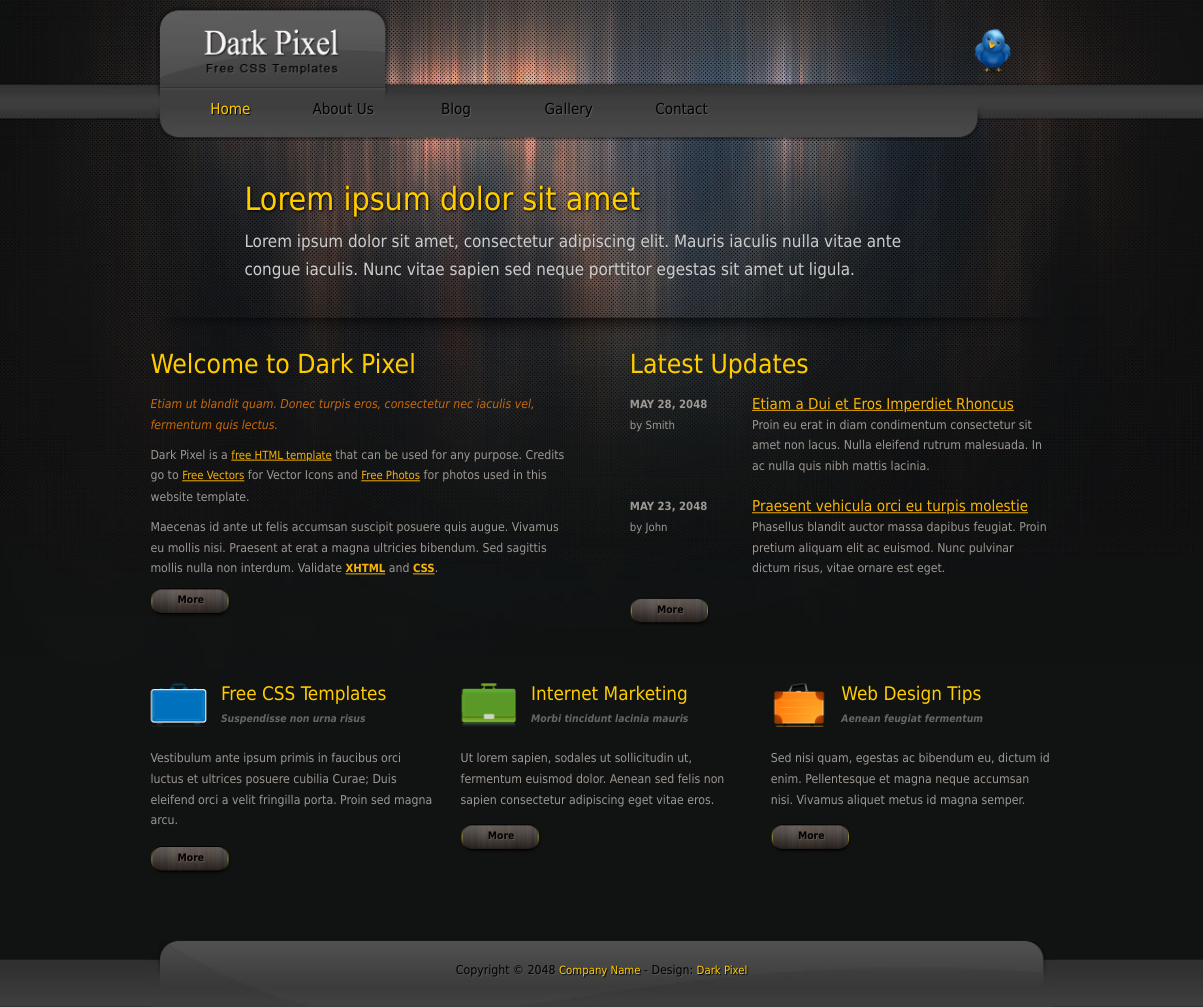
Repository: xenacode-art/Portfolio
Page: 2020_dark_pixel/index.html
An editor plug-in stored every save of this project. The page is shown before and after the next save, followed by the edit.
The browser window is 1280 px wide. The pictures show the whole page, at 94% of full size.
Pictures or frames that could not be fetched are drawn as grey boxes.

Above is the page before, as saved 2022-03-07 21:39:03.

### 2020_dark_pixel/index.html
<!DOCTYPE html PUBLIC "-//W3C//DTD XHTML 1.0 Transitional//EN" "http://www.w3.org/TR/xhtml1/DTD/xhtml1-transitional.dtd">
<html xmlns="http://www.w3.org/1999/xhtml">
<head>
<meta http-equiv="Content-Type" content="text/html; charset=utf-8" />
<!--
	Template 2020 Dark Pixel
    http://www.tooplate.com/view/2020-dark-pixel
-->
<title>Dark</title>
<meta name="keywords" content="" />
<meta name="description" content="" />
<link href="tooplate_style.css" rel="stylesheet" type="text/css" />
</head>
<body>

<div id="tooplate_wrapper">

    <div id="tooplate_header">

    	<div id="site_title"><h1><a href="#">Dark</a></h1></div>
        <div id="twitter"><a href="#"></a></div>

        <div id="tooplate_menu">
            <ul>
                <li><a href="index.html" class="current">Home</a></li>
                <li><a href="about.html">About Us</a></li>
                <li><a href="blog.html">Blog</a></li>
                <li><a href="gallery.html">Gallery</a></li>
                <li class="last"><a href="contact.html">Contact</a></li>
            </ul>
        </div> <!-- end of tooplate_menu -->

    </div> <!-- end of header -->

    <div id="tooplate_middle">
    	<div id="mid_title">
        	Lorem ipsum dolor sit amet
        </div>
        <p>Lorem ipsum dolor sit amet, consectetur adipiscing elit. Mauris iaculis nulla vitae ante congue iaculis. Nunc vitae sapien sed neque porttitor egestas sit amet ut ligula.</p>
    </div> <!-- end of middle -->

    <div id="tooplate_main">

            <div class="col_w960">

            	<div class="col_w450 lp_box float_l">
                    <h2>Welcome to Dark Pixel</h2>
                    <p><em>Etiam ut blandit quam. Donec turpis eros, consectetur nec iaculis vel, fermentum quis lectus.</em></p>
                    <p>Dark Pixel is a <a rel="nofollow" href="http://www.tooplate.com">free HTML template</a> that can be used for any purpose. Credits go to <a rel="nofollow" href="http://www.vectorvaco.com">Free Vectors</a> for Vector Icons and <a rel="nofollow" href="http://www.photovaco.com">Free Photos</a> for photos used in this website template.</p>
                    <p>Maecenas id ante ut felis accumsan suscipit posuere quis augue. Vivamus eu mollis nisi. Praesent at erat a magna ultricies bibendum. Sed sagittis mollis nulla non interdum. Validate <a href="http://validator.w3.org/check?uri=referer" rel="nofollow"><strong>XHTML</strong></a> and <a href="http://jigsaw.w3.org/css-validator/check/referer" rel="nofollow"><strong>CSS</strong></a>.</p>
                    <a class="more" href="#">More</a>
                </div>

                <div class="col_w450 float_r">
                    <h2>Latest Updates</h2>

					<div class="lbe_box">
                        <div class="lbe_date">
                            MAY 28, 2048
                            <span>by Smith</span>
                        </div>

						<div class="lbe_content">
                            <h3><a href="#">Etiam a Dui et Eros Imperdiet Rhoncus</a></h3>
                            <p>Proin eu erat in diam condimentum consectetur sit amet non lacus. Nulla eleifend rutrum malesuada. In ac nulla quis nibh mattis lacinia.</p>
                        </div>
                        <div class="cleaner"></div>
                    </div>

					<div class="lbe_box">
                        <div class="lbe_date">
                            MAY 23, 2048
                            <span>by John</span>
                        </div>

						<div class="lbe_content">
                            <h3><a href="#">Praesent vehicula orci eu turpis molestie</a></h3>
                            <p>Phasellus blandit auctor massa dapibus feugiat. Proin pretium aliquam elit ac euismod. Nunc pulvinar dictum risus, vitae ornare est eget.</p>
                        </div>
                        <div class="cleaner"></div>
                    </div>

					<a class="more" href="#">More</a>
                </div>

                <div class="cleaner"></div>
            </div>

        	<div class="col_w960 col_last">
              <div class="col_allw300 frontpage_box">
                    <img src="images/tooplate_bc_blue.png" alt="Image" />
                    <h2>Free CSS Templates</h2>
                    <span class="tagline">Suspendisse non urna risus</span>
                    <p>Vestibulum ante ipsum primis in faucibus orci luctus et ultrices posuere cubilia Curae; Duis eleifend orci a velit fringilla porta. Proin sed magna arcu.</p>
                    <a class="more" href="#">More</a>
                </div>

				<div class="col_allw300 frontpage_box">
                    <img src="images/tooplate_bc_green.png" alt="Image" />
                    <h2>Internet Marketing</h2>
                    <span class="tagline">Morbi tincidunt lacinia mauris</span>
                    <p>Ut lorem sapien, sodales ut sollicitudin ut, fermentum euismod dolor. Aenean sed felis non sapien consectetur adipiscing eget vitae eros.</p>
                    <a class="more" href="#">More</a>
                </div>

				<div class="col_allw300 frontpage_box col_last">
                    <img src="images/tooplate_bc_orange.png" alt="Image" />
                  <h2>Web Design Tips</h2>
                    <span class="tagline">Aenean feugiat fermentum </span>
                  <p>Sed nisi quam, egestas ac bibendum eu, dictum id enim. Pellentesque et magna neque accumsan nisi. Vivamus aliquet metus id magna semper. </p>
                    <a class="more" href="#">More</a>
                </div>
                <div class="cleaner"></div>
            </div>
    </div> <!-- end of main -->

</div> <!-- end of wrapper -->

<div id="tooplate_footer_wrapper">
    <div id="tooplate_footer">

        Copyright © 2048 <a href="#">Company Name</a> - Design: <a href="http://www.tooplate.com/view/2020-dark-pixel">Dark Pixel</a>

    </div>
    <!-- end of tooplate_footer -->
</div>
<!--   Free Website Template by t o o p l a t e . c o m   -->
</body>
</html>

### 2020_dark_pixel/tooplate_style.css
/*

Template 2020 Dark Pixel

http://www.tooplate.com/view/2020-dark-pixel

*/

body {
	margin: 0;
	padding: 0;
	color: #9c9893;
	font-family: Tahoma, Geneva, sans-serif;
	font-size: 13px;
	line-height: 1.7em;
	background-color: #111212;
	background-image: url(images/tooplate_body.jpg);
	background-repeat: repeat-x;
	background-position: top center
}

a, a:link, a:visited {
	color: #f9b507;
	font-weight: normal;
	text-decoration: underline;
	font-size: 12px;
}

a:hover {
	text-decoration: none;
}

a.more {
	display: block;
	width: 86px;
	height: 29px;
	padding: 2px 0 0;
	text-align: center;
	text-decoration: none;
	font-weight: 700;
	font-size: 11px;
	background: url(images/tooplate_more.png)  no-repeat top center;
	color: #000;
	text-shadow: 1px 1px 1px #625953
}

a.more:hover {
	color: #fff;
	text-shadow: 1px 1px 1px #000
}

p { margin: 0 0 10px 0; padding: 0; }
img { border: none; }
blockquote { font-style: italic; margin: 0 0 0 10px;}
cite { font-weight: bold; color:#fff; }
cite span { color: #fff; }
em { color: #c8690a; }

h1, h2, h3, h4, h5, h6 { color: #ffcc00; font-weight: normal; }
h1 { font-size: 34px; margin: 0 0 20px; padding: 5px 0 }
h2 { font-size: 28px; margin: 0 0 15px; padding: 5px 0; }
h3 { font-size: 24px; margin: 0 0 15px; padding: 0; }
h4 { font-size: 18px; margin: 0 0 15px; padding: 0; }
h5 { font-size: 16px; margin: 0 0 10px; padding: 0;  }
h6 { font-size: 14px; margin: 0 0 5px; padding: 0; }

.cleaner { clear: both }
.h10 { height: 10px }
.h20 { height: 20px }
.h30 { height: 30px }
.h40 { height: 40px }
.h50 { height: 50px }
.h60 { height: 60px }

.float_l { float: left }
.float_r { float: right }

.image_wrapper {
	display: inline-block;
	border: 1px solid #414141;
	padding: 4px;
	background: #000;
	margin-bottom: 5px
}

.image_fl {
	float: left;
	margin: 3px 30px 0 0
}

.image_fr {
	float: right;
	margin: 3px 0 0 30px
}

.tooplate_list {
	margin: 20px 0 20px 20px;
	padding: 0;
	list-style: none;
}

.tooplate_list li {
	color:#fff;
	margin: 0;
	padding: 0 0 5px 20px;
	background: url(images/tooplate_list.png) no-repeat scroll 0 5px;
}

.tooplate_list li a {
	color: #fff;
	font-weight: normal;
	font-size: 12px;
	text-decoration: none;
}

.tooplate_list li a:hover {
	text-decoration: underline;
}

#tooplate_wrapper {
	width: 960px;
	margin: 0 auto;
	padding: 0 10px;
	background: url(images/tooplate_body.jpg) top center no-repeat
}

#tooplate_header {
	clear: both;
	width: 940px;
	height: 130px;
	padding: 10px;
	background: url(images/tooplate_header.jpg) top center no-repeat
}

#site_title {
	float: left;
	width: 240px;
	height: 55px;
	margin: 20px auto;
}

#site_title h1 {
	margin: 0;
	padding: 0;
}

#site_title h1 a {
	display: block;
	width: 240px;
	height: 60px;
	color: #fff;
	outline: none;
	text-indent: -10000px;
	background: url(images/tooplate_logo.png) no-repeat top center
}

#twitter a{
	float: right;
	font-weight: normal;
	display: block;
	padding: 25px 55px 25px 0;
	margin: 20px 30px 0 0;
	color: #000;
	font-size: 18px;
	background: url(images/twitter.png)  no-repeat right center
}

/* menu */

#tooplate_menu {
	clear: both;
	width: 910px;
	padding: 0 15px;
	background: url(images/tooplate_menu.png)
}

#tooplate_menu ul {
	margin: 0 auto;
	padding: 0;
	list-style: none;
}

#tooplate_menu ul li {
	padding: 0;
	margin: 0;
	display: inline;
}

#tooplate_menu ul .last { background: none }

#tooplate_menu ul li a {
	float: left;
	display: block;
	width: 120px;
	padding: 0;
	font-size: 16px;
	color: #000;
	text-shadow: 1px 1px 1px #5f5f5f;
	text-align: center;
	text-decoration: none;
	font-weight: 400;
	outline: none;
	border: none;
}

#tooplate_menu ul li a:hover, #tooplate_menu ul .current {
	color: #ffcc00;
	text-shadow: 1px 1px 1px #000
}

/* end of menu */

#tooplate_middle {
	clear: both;
	width: 760px;
	padding: 50px 100px 60px;
	overflow: hidden;
	background: url(images/tooplate_mid_divider.png) bottom center no-repeat
}

#mid_title {
	font-size: 34px;
	font-weight: 400;
	color: #ffcc00;
	margin-bottom: 20px;
	text-shadow: 1px 1px 3px #000
}

#tooplate_middle p {
	width: 700px;
	font-size: 18px;
	color: #ccc;
	line-height: 30px;
}

/* main */

#tooplate_main {
	clear: both;
	width: 960px;
	padding: 0 0 40px;
	margin: 0;
}

.col_w960 { width: 960px; margin-bottom: 60px }
.col_w600 { width: 600px }
.col_w450 { width: 450px }
.col_w300 { width: 300px }
.col_w200 { width: 200px }
.col_allw300 { float: left; width: 300px; margin-right: 30px }
.col_last { margin: 0 }

.frontpage_box h2 {
	font-size: 20px;
	padding: 0;
	margin-bottom: 5px;
	color: #ffcc00;
}

.frontpage_box img {
	float: left; margin-right: 15px;
}

.frontpage_box a.more {
	margin-top: 15px;
}

.tagline {
	display: block;
	font-size: 11px;
	font-weight: bold;
	font-style: italic;
	color: #666;
	margin-bottom: 20px
}

.lp_frontpage {
	margin: 0;
	padding: 0;
	list-style: none
}

.lp_frontpage li {
	margin: 0;
	padding: 0;
	display: inline
}

.lp_frontpage li a {
	float: left;
	display: block;
	width: 200px;
	height: 100px;
	margin: 0 10px 10px 0
}

.lp_frontpage li a img {
	width: 190px;
	height: 90px;
	border: 1px solid #203252;
	padding: 4px;
}

.sb_lp_box { clear: both; margin-bottom: 20px }
.sb_lp_box img { width: 280px; height: 140px; padding: 9px; border: 1px solid #ccc }


#gallery {
	margin: 0;
	padding: 0
}

#gallery .gallery_box {
	clear: both;
	margin-bottom: 30px;
	padding-bottom: 30px;
	background: url(../images/tooplate_hr_divider.png) bottom repeat-x
}

#gallery .gallery_box img {
	float: left;
	width: 420px;
	height: 200px;
	border: 1px solid #ccc;
	padding: 9px;
	margin-right: 40px;
	background: #fff
}

#gallery .last_box {
	margin-bottom: 0;
	padding-bottom: 0;
	background: none
}

.news_box { margin-bottom: 60px }
.news_box h2 { font-size: 16px; margin-bottom: 0 }
.news_box p.date { color: #000; margin-bottom: 0 }
.news_box img { float: left; width: 100px; height: 100px; border: 5px solid #ccc; margin-right: 20px; }
.news_box a.more { float: right; }

.post_box {
	clear: both;
	margin-bottom: 30px;
	padding-bottom: 30px;
	background: repeat-x bottom;
}

.post_box_date {
	float: left;
	width: 100px;
	font-size: 12px;
	font-weight: bold;
	padding-top:10px;
}

.post_box_date span {
	display: block;
	font-weight: normal;
}

.post_box_content {
	float: right;
	width: 480px
}

.post_box_content img {
	margin-bottom: 10px
}

.post_box h2 {
	font-size: 34px;
	margin-bottom: 20px;
}

.post_box h2 a {
	color: #ffcc00;
	font-size: 34px;
	font-weight: normal;
	line-height: 34px;
	margin-bottom: 20px;
	text-decoration: none
}

.post_box h2 a span {
	font-size: 12px;
	color: #333
}

.post_box p {
	margin-bottom: 0;
}

.post_box p.date {
	font-size: 10px;
	font-weight: 700;
	color: #0e4369
}

.post_box .more {
	clear: both;
	float: right;
	margin-top: 20px;
}

.lbe_box {
	clear: both;
	margin-bottom: 20px;
}

.lbe_date {
	float: left;
	width: 100px;
	font-size: 12px;
	font-weight: bold;
}

.lbe_date span {
	display: block;
	font-weight: normal;
}

.lbe_content {
	float: right;
	width: 320px;
}

.lbe_box h3 {
	font-size: 16px;
	margin-bottom: 0;
}

.lbe_box h3 a {
	color: #f9b507;
	font-size: 16px;
	font-weight: normal;
}

.lbe_box h3 a span {
	font-size: 12px;
	color: #333;
}

.lbe_box p {
	margin-bottom: 0;
}

.lbe_box p.date {
	font-size: 10px;
	font-weight: 700;
	color: #f9b507;
}

#cp_contact_form {
	padding: 0;
	width: 400px
}

#cp_contact_form form {
	margin: 0px;
	padding: 0px;
}

#cp_contact_form form .input_field {
	width: 388px;
	padding: 5px;
	color: #aaa;
	border: 1px solid #3b3a3a;
	background: #1b1a1a;
	font-family: Verdana,Geneva,sans-serif;
    font-size: 12px;
	margin-top: 5px;
}

#cp_contact_form form label {
	display: block;
	width: 220px;
	margin-right: 10px;
	font-size: 13px;
	color: #ccc;
}

#cp_contact_form form textarea {
	width: 388px;
	height: 160px;
	padding: 5px;
	color: #aaa;
	border: 1px solid #3b3a3a;
	background: #1b1a1a;
	font-family: Verdana,Geneva,sans-serif;
    font-size: 12px;
	margin-top: 5px;
}

#cp_contact_form form .submit_btn  {
	margin: 5px 0px;
	padding: 3px 14px;
	font-weight: bold;
	color: #aaa;
	border: 1px solid #3b3a3a;
	background: #1b1a1a;
}

#map img {
	width: 300px;
	height: 200px;
	border: 1px solid #999;
	padding: 5px;
}

#tooplate_footer_wrapper {
	margin-top: 30px;
	clear: both;
	width: 100%;
	background: url(images/tooplate_footer_repeat.jpg) repeat-x top
}

#tooplate_footer {
	clear: both;
	width: 960px;
	height: 30px;
	padding: 20px 14px;
	text-align: center;
	color: #000;
	text-shadow: 1px 1px 1px #585858;
	margin: 0 auto;
	background: url(images/tooplate_footer.jpg) no-repeat top
}

#tooplate_footer a {
	font-weight: normal;
	color: #ffcc00;
	text-decoration: none;
	text-shadow: 1px 1px 1px #000
}

After the next save:
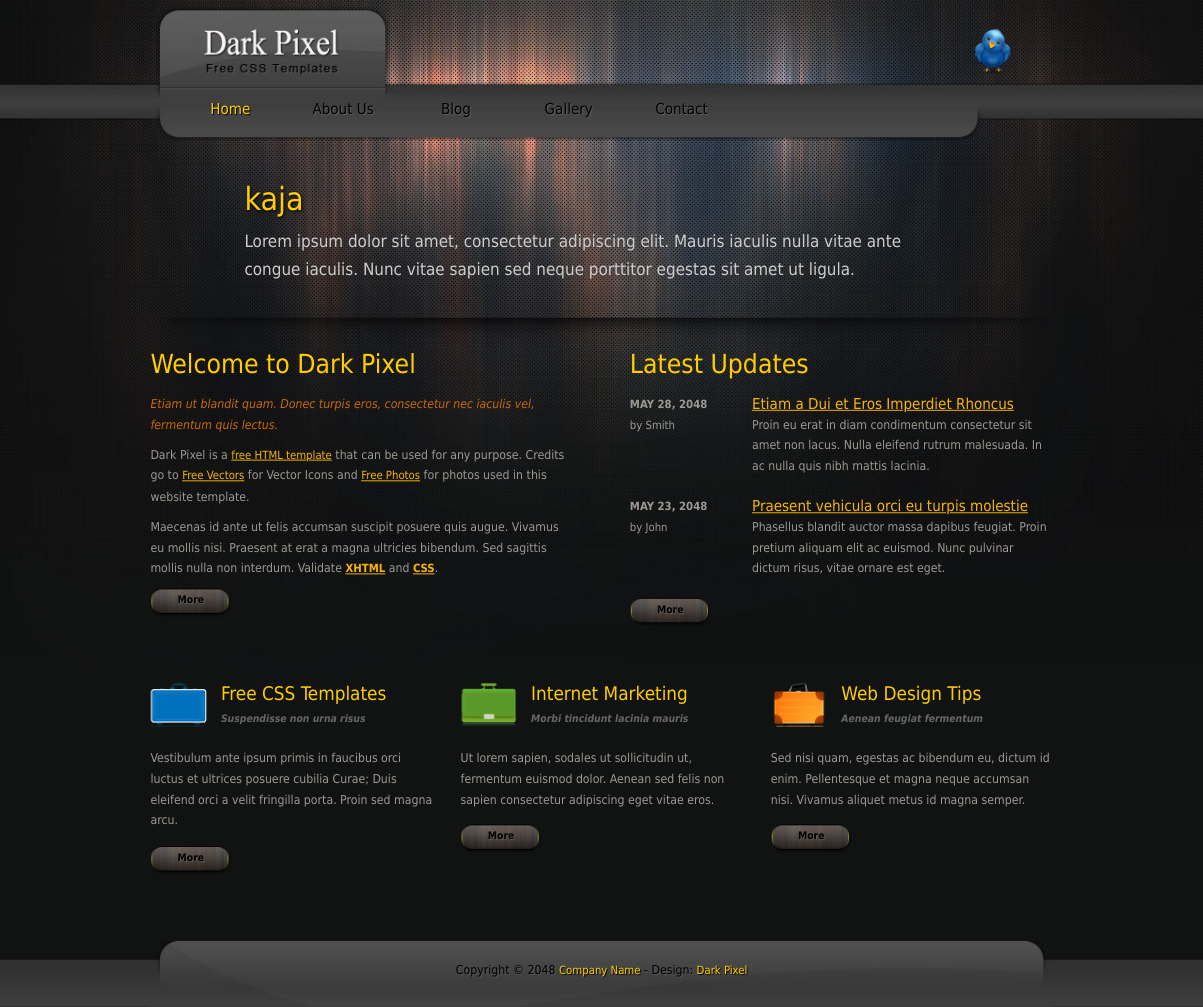
Saved 30 s later.
--- a/2020_dark_pixel/index.html
+++ b/2020_dark_pixel/index.html
@@ -34,7 +34,7 @@
 
     <div id="tooplate_middle">
     	<div id="mid_title">
-        	Lorem ipsum dolor sit amet
+        	kaja
         </div>
         <p>Lorem ipsum dolor sit amet, consectetur adipiscing elit. Mauris iaculis nulla vitae ante congue iaculis. Nunc vitae sapien sed neque porttitor egestas sit amet ut ligula.</p>
     </div> <!-- end of middle -->
